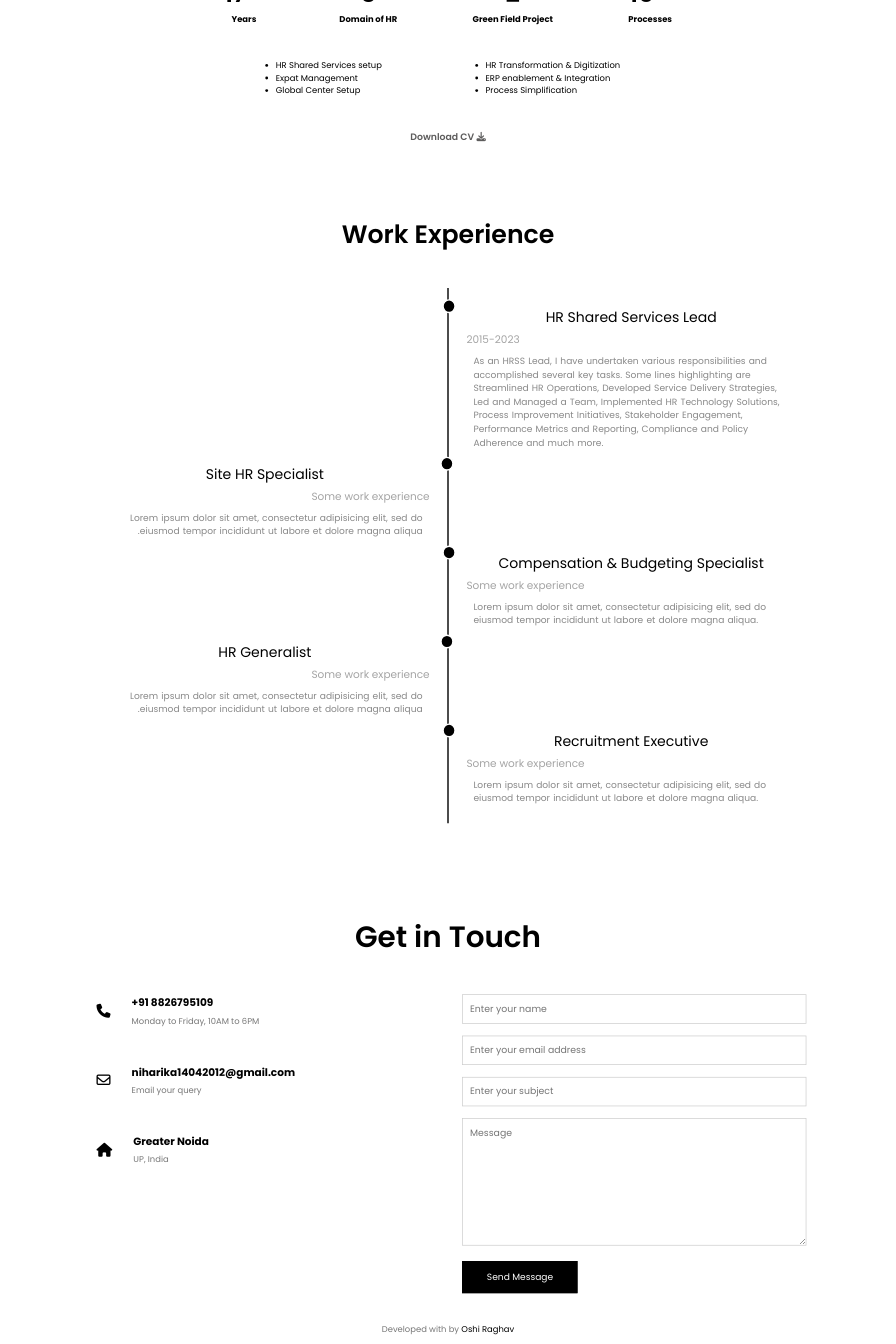
Repository: xoshiraghavx/Niharika-portfolio
Page: index.html
These files come from the project's save history. The page is drawn as it stood at one moment and after the next save; the edit follows.
The browser window is 1280 px wide. The pictures show the part of the page from y = 1098 to 3018 px (the page is 3018 px tall before and 2983 px after), at 70% of full size.
Some web libraries are served in a nearby version.

Above is the page before, as saved 2023-06-16 10:31:55.

### index.html
<!DOCTYPE html>
<html lang="en">
<head>
    <meta charset="UTF-8">
    <meta http-equiv="X-UA-Compatible" content="IE=edge">
    <meta name="viewport" content="width=device-width, initial-scale=1.0">
    <title>Niharika Singh | Portfolio</title>
    <link rel="stylesheet" href="../css/index.css">
    <link rel="preconnect" href="https://fonts.googleapis.com">
<link rel="preconnect" href="https://fonts.gstatic.com" crossorigin>
<link href="https://fonts.googleapis.com/css2?family=Poppins:wght@100;200;300;400;600;700&family=Righteous&display=swap" rel="stylesheet">
<link rel="stylesheet" href="https://stackpath.bootstrapcdn.com/font-awesome/4.7.0/css/font-awesome.min.css">
<link rel="stylesheet" href="./css/particle.css">
<link href="https://unpkg.com/aos@2.3.1/dist/aos.css" rel="stylesheet">
<link rel="icon" href="./img/image.jpg">

</head>
<body>
    <section class="header" id="head">
        <div id="particles-js">
        <nav>
            <div class="logo">
                <h2>NS</h2>
            </div>
            <div class="nav-links" id="navLinks">
                <i class="fa fa-times" onclick="hideMenu()"></i>
                <ul>
                    <li><a href="#head">HOME</a></li>
                    <li><a href="#about">ABOUT</a></li>
                    <li><a href="#work">WORK</a></li>
                    <li><a href="#contact">CONTACT</a></li>
                </ul>
            </div>
            <div class="social">
                    <div><a href="https://www.linkedin.com/in/niharika-singh-54130b13/" target="_blank"><i class="fa-brands fa-linkedin"></i></a></div>
                    <div><a href="https://www.facebook.com/people/Niharika-Singh/pfbid0zDJLjq1fehJWAvFLc7zkpJ6FsEs1uDxExLjwh94ZH389RFf4Q5YAZHgxJCLQanLsl/" target="_blank"><i class="fa-brands fa-facebook"></i></a></div>
                    <div><a href="https://www.instagram.com/niharika14042012/" target="_blank"><i class="fa-brands fa-instagram"></i></a></div>
            </div>
        </nav>

        <div id="home"data-aos="zoom-in" data-aos-duration="1000">
            <div class="img">
                <p style="color: #c5c1c1; font-weight: 600;">Hello, I'm</p>
            </div>
            <h1 class="hh1">NIHARIKA SINGH</h1>
            <div class="p1"data-aos="fade-in" data-aos-delay="1300"data-aos-duration="1000">
                <p>As an HR professional, I nurture a harmonious and productive workforce.</p>
            </div>
            <div class="container">
                <a href="#about">
                <div class="field" >
                    <div class="mouse"></div>
                </div>
            </a>
            </div>
    </div>
    </section>

<!-- ---------About----------------- -->
<section class="about-us" id="about">
    <div class="row1">
        <div class="about-col">
            <h1>About me</h1>
            <p>Lorem ipsum dolor sit amet consectetur adipisicing elit. Voluptates unde necessitatibus consectetur aut, quisquam at, dolorem, deleniti deserunt a error officia? Quas, quos. Nemo assumenda fugiat dolore ad illo soluta.Lorem ipsum dolor sit amet consectetur adipisicing elit. Voluptates unde necessitatibus consectetur aut, quisquam at, dolorem, deleniti deserunt a error officia? Quas, quos. Nemo assumenda fugiat dolore</p>
        </div>
    </div>
    <div class="bar">
        <div class="count">
            <div class="exp">
                <h1>17+</h1>
            </div>
            <div class="exp_name">
                <h4>Years</h4>
            </div>
        </div>
        <div class="count">
            <div class="exp">
                <h1>5</h1>
            </div>
            <div class="exp_name">
                <h4>Domain of HR</h4>
            </div>
        </div>
        <div class="count">
            <div class="exp">
                <h1>2</h1>
            </div>
            <div class="exp_name">
                <h4>Green Field Project </h4>
            </div>
        </div>
        <div class="count">
            <div class="exp">
                <h1>10+</h1>
            </div>
            <div class="exp_name">
                <h4>Processes </h4>
            </div>
        </div>
    </div>
    <div class="skills">
        <ul>
            <li>HR Shared Services setup</li>
            <li>Expat Management</li>
            <li>Global Center Setup</li>
        </ul>
        <ul>
            <li>HR Transformation & Digitization</li>
            <li>ERP enablement & Integration</li>
            <li>Process Simplification</li>
        </ul>
    </div>
    <div class="cv">
        <button><a href="./img/CV-Niharika Singh.pdf">Download CV </a><i class="fa fa-download"></i></button>
    </div>
</section>
<!-- ------------Timeline------------- -->
<section id="work">
    <h1>Work Experience</h1>
    <div class="timeline">
            <div class="timeline-block timeline-block-right">
               <div class="marker"></div>
               <div class="timeline-content">
                  <h3>HR Shared Services Lead </h3>
                  <span>2015-2023</span>
                  <p>As an HRSS Lead, I have undertaken various responsibilities and accomplished several key tasks. Some lines highlighting are Streamlined HR Operations, Developed Service Delivery Strategies, Led and Managed a Team, Implemented HR Technology Solutions, Process Improvement Initiatives, Stakeholder Engagement, Performance Metrics and Reporting, Compliance and Policy Adherence and much more. </p>
               </div>
            </div>
            <div class="timeline-block timeline-block-left">
               <div class="marker"></div>
               <div class="timeline-content">
                  <h3>Site HR Specialist </h3>
                  <span>Some work experience</span>
                  <p>Lorem ipsum dolor sit amet, consectetur adipisicing elit, sed do eiusmod tempor incididunt ut labore et dolore magna aliqua.</p>
               </div>
            </div>

            <div class="timeline-block timeline-block-right">
               <div class="marker"></div>
               <div class="timeline-content">
                  <h3>Compensation & Budgeting Specialist </h3>
                  <span>Some work experience</span>
                  <p>Lorem ipsum dolor sit amet, consectetur adipisicing elit, sed do eiusmod tempor incididunt ut labore et dolore magna aliqua.</p>
               </div>
            </div>

            <div class="timeline-block timeline-block-left">
               <div class="marker"></div>
               <div class="timeline-content">
                  <h3>HR Generalist</h3>
                  <span>Some work experience</span>
                  <p>Lorem ipsum dolor sit amet, consectetur adipisicing elit, sed do eiusmod tempor incididunt ut labore et dolore magna aliqua.</p>
               </div>
            </div>

            <div class="timeline-block timeline-block-right">
               <div class="marker"></div>
               <div class="timeline-content">
                  <h3>Recruitment Executive </h3>
                  <span>Some work experience</span>
                  <p>Lorem ipsum dolor sit amet, consectetur adipisicing elit, sed do eiusmod tempor incididunt ut labore et dolore magna aliqua.</p>
               </div>
            </div>
    </div>
</section>
<section class="contact-us" id="contact">
    <h1>Get in Touch
    </h1>
    <div class="row">
        <div class="contact-col">
            <div>
                 <i class="fa fa-phone"></i>
                 <span>
                     <h5><a href="tel: +918178788527">+91 8826795109</a></h5>
                     <p>Monday to Friday, 10AM to 6PM</p>
                 </span>
            </div>
            <div>
                 <i class="fa fa-envelope-o"></i>
                 <span>
                     <h5><a href="mailto: niharika14042012@gmail.com ">niharika14042012@gmail.com</a></h5>
                     <p>Email your query</p>
                 </span>
            </div>
            <div>
                <i class="fa fa-home"></i>
                <span>
                    <h5><a href="https://www.google.com/maps/place/Greater+Noida,+Uttar+Pradesh/@28.4985622,77.3511809,11z/data=!3m1!4b1!4m6!3m5!1s0x390cea64b8f89aef:0xec0ccabb5317962e!8m2!3d28.4743879!4d77.5039904!16zL20vMGN3OXEy?entry=ttu" target="_blank">Greater Noida</a></h5>
                    <p>UP, India</p>
                </span>
           </div>
        </div>
        <div class="contact-col">
            <form action="https://formcarry.com/s/P6GKrEghsf" method="POST" accept-charset="UTF-8">
                <input type="text" name="name" placeholder="Enter your name" required>
                <input type="email" name="email" placeholder="Enter your email address" required>
                <input type="text" name="subject" placeholder="Enter your subject" required>
                <textarea rows="8" name="message" placeholder="Message" required></textarea>
                <button type="submit" class="hero-btn">Send Message</button>
            </form>
        </div>
    </div>
</section>
<!-- --------footer--------- -->
<section class="footer">
    <p style="text-align: center;">Developed with by <a href="https://www.linkedin.com/in/oshiraghav/" target="_blank">Oshi Raghav</a></p>
</section>

<!-- ---------------javascript----------------->
    	<script src=
		"particles.js-master/particles.js">
	</script>
	<script src=
		"/particles.js-master/demo/js/app.js">
	</script>
     <script src="https://unpkg.com/aos@2.3.1/dist/aos.js"></script>
    <script>
     AOS.init();
    </script>
    <script src="https://kit.fontawesome.com/b6191824ce.js" crossorigin="anonymous"></script>
</body>
</html>

### css/index.css
*{
    margin: 0;
    padding: 0;
    font-family: 'poppins', sans-serif;
    scroll-behavior: smooth;
}
.header{
    min-height: 100vh;
    width: 100%;
}
h3{
    color: #000;
}
nav{
    display: flex;
    padding: 1rem 0rem;
    background: #ffffff;
    justify-content: space-around;
    align-items: center;
    position: fixed;
    width: 100%;
    backdrop-filter: blur(3px);
    z-index: 2;
}
.logo{
    background: #000;
    color: #ffffff;
    border-radius: 100%;
    padding: 5pt 6pt;
}
.nav-links ul li{
    list-style: none;
    display: inline-block;
    padding: 8px 12px;
    position: relative;
}
.nav-links ul li a{
    color: #000000;
    text-decoration: none;
    font-size: 13px;
}
.nav-links ul li::after{
    content: '';
    width: 0%;
    height: 2px;
    background: #000000;
    display: block;
    margin: auto;
    transition: 0.5s;
}
.nav-links ul li:hover::after{
    width: 100%;
}
.social{
    display: grid;
    grid-template-columns: auto auto auto auto;
    column-gap: 15px;
    font-size: 1.2rem;
    color: #000000;
}
.social a{
    color: #000;
}
.social:hover{
    cursor: pointer;
}
#home{
    position: absolute;
    text-align: center;
    width: 100%;
    margin-top: 250px;
    color: #ffffff;
}
.hh1{
    font-size: 4em;
}
#home p{
    padding-top: .5rem;
    font-size: 1rem;
    color: #c5c1c1;
}
.container {
	width: 100%;
	height: 100%;
	display: flex;
	align-items: center;
	justify-content: center;
    padding-top: 10rem;
}
.field:hover{
    cursor: pointer;
}

.field {
	display: flex;
	align-items: center;
	justify-content: space-around;
}

.mouse {
	width: 30px;
	height: 50px;
	border: 3px solid #ffffff;
	border-radius: 60px;
	position: relative;
	&::before {
		content: '';
		width: 8px;
		height: 8px;
		position: absolute;
		top: 10px;
		left: 50%;
		transform: translateX(-50%);
		background-color: #ffffff;
		border-radius: 50%;
		opacity: 1;
		animation: wheel 2s infinite;
		-webkit-animation: wheel 2s infinite;
	}
}
@keyframes wheel {
	to {
		opacity: 0;
		top: 30px;
	}
}

@-webkit-keyframes wheel {
	to {
		opacity: 0;
		top: 60px;
	}
}
nav .fa{
    display: none;
}
.hero-btn{
    display: inline-block;
    text-decoration: none;
    color: #fff;
    border: 1px solid #000000;
    padding: 12px 34px;
    font-size: 13px;
    background-color: #000;
    position: relative;
    cursor: pointer;
}
.hero-btn:hover{
    border: 1px solid #000000;
    background: #fff;
    color: #000;
    transition: 1s;
}
@media(max-width: 700px){
    .nav-links{
        display: none;
    }
}
.course{
    width: 80%;
    margin: auto;
    text-align: center;
    padding-top: 80px;
}
h1{
    font-size: 36px;
    font-weight: 600;
    text-align: center;
}
p{
    color: #777;
    font-size: 300;
    line-height: 22px;
    padding: 10px;
}
.row{
    margin-top: 5%;
    display: flex;
    justify-content: space-between;
}
.course-col{
    flex-basis: 31%;
    background: #fff3f3;
    border-radius: 10px;
    margin-bottom: 5%;
    padding: 20px 12px;
    box-sizing: border-box;
    transition: 0.5s;
}
h3{
    text-align: center;
    font-weight: 600;
    margin: 10px 0px;
}
.course-col:hover{
    box-shadow: rgba(241, 128, 128, 0.25) 0px 54px 55px, rgba(233, 177, 177, 0.12) 0px -12px 30px, rgba(238, 209, 209, 0.12) 0px 4px 6px, rgba(230, 100, 100, 0.17) 0px 12px 13px, rgba(250, 27, 27, 0.09) 0px -3px 5px;
}
@media(max-width: 700px){
    .row{
        flex-direction: column;
    }
}
/*  --------facilities--------*/
 .timeline {
    width: 80%;
    padding: 1rem 0;
    margin: 50px auto;
    position: relative;
    overflow: hidden;
 }
 .timeline:before {
    content: '';
    position: absolute;
    top: 0;
    left: 50%;
    margin-left: -1px;
    width: 2px;
    height: 100%;
    background: #000000;
    z-index: 1
 }
 .timeline-block {
    width: -webkit-calc(50% + 8px);
    width: -moz-calc(50% + 8px);
    width: calc(50% + 8px);
    display: -webkit-box;
    display: -webkit-flex;
    display: -moz-box;
    display: flex;
    -webkit-box-pack: justify;
    -webkit-justify-content: space-between;
    -moz-box-pack: justify;
    justify-content: space-between;
    clear: both;
 }
 .timeline-block-right {
    float: right;
 }
 .timeline-block-left {
    float: left;
    direction: rtl
 }
 .marker {
    width: 16px;
    height: 16px;
    border-radius: 50%;
    border: 2px solid #ffffff;
    background: #000000;
    z-index: 1
 }

 .timeline-content {
    width: 95%;
    padding: 0 15px;
    color: #666
 }

 .timeline-content h3 {
    margin-bottom: 5px;
    font-size: 20px;
    font-weight: 500
 }

 .timeline-content span {
    font-size: 15px;
    color: #a4a4a4;
 }

 .timeline-content p {
    font-size: 13px;
    line-height: 1.5em;
    word-spacing: 1px;
    color: #888;
 }


 @media screen and (max-width: 768px) {
    /* .container:before {
       left: 8px;
       width: 2px;
    }
    .timeline-block {
       width: 100%;
       margin-bottom: 30px;
    }
    .timeline-block-right {
       float: none;
    }

    .timeline-block-left {
       float: none;
       direction: ltr;
    } */
 }

/* -------about us page------- */
.about-us{
    width: 50%;
    margin: auto;
    padding-top: 100px;
    padding-bottom: 100px;
}
.about-col{
    flex-basis: 48%;
    text-align: center;
    padding: 10px 2px;
}
.about-col p{
    padding: 15px 0 25px;
}
.about-col h1{
    font-size: 4em;
}
.bar{
    display: flex;
    justify-content: space-between;
    text-align: center;
}
.count{
    display: grid;
    /* flex-direction: column;
    justify-content: center; */
}
.skills{
    display: flex;
    justify-content: space-around;
    padding-top: 3rem;
}
.cv{
    display: flex;
    justify-content: center;
    padding-top: 3rem;
}
.cv button{
    background-color: transparent;
    border: none;
}
.cv button a{
    text-decoration: none;
    color: #5d5c5c;
    font-weight: 600;
}
.cv .fa{
    color: #5d5c5c;
}
.cv :hover{
    color: #000000;
    cursor: pointer;
}
@media(max-width: 700px){
    .about-us{
        width: 90%;
        margin-top: -15%;
    }
    .about-col h1{
        font-size: 3em;
    }
    .bar{
        display: grid;
        grid-template-columns: 1fr 1fr;
    }
    .skills{
        display: grid;
        padding-left: 10%;
    }
    .cv button{
        font-size: 1rem;
        margin-top: -5%;
    }
}
/* ----contact us----- */
.location{
    width: 80%;
    margin: auto;
    padding: 80px 0;
}
.location iframe{
    width: 100%;
}
.contact-us{
    width: 80%;
    margin: auto;
    padding-top: 80px;
}
.contact-us h1{
    font-size: 3.5em;
}
.contact-col{
    flex-basis: 48%;
    margin-bottom: 30px;
}
.contact-col div{
    display: flex;
    align-items: center;
    margin-bottom: 50px;
}
.contact-col div .fa{
    font-size: 20px;
    color: #000000;
    margin: 10px;
    margin-right: 30px;
}
.contact-col a{
    text-decoration: none;
    color: #000;
}
.contact-col div p{
    padding: 0;
}
.contact-col div h5{
    font-size: 15px;
    margin-bottom: 4px;
    color: #000000;
    font-weight: bold;
}
.contact-col input, .contact-col textarea{
    width: 100%;
    padding: 10px;
    margin-bottom: 17px;
    outline: none;
    border: 1px solid #ccc;
    box-sizing:border-box ;
}

.footer a{
    text-decoration: none;
    color: #000000;
}
@media(max-width: 700px){
    .contact-col div{
        margin-bottom: 20px;
    }
    .contact-col{
        margin-bottom: 10px;
    }
}

### css/particle.css
/* ---- reset ---- */

body {
    margin: 0;
    font:normal 75% Arial, Helvetica, sans-serif;
  }

  canvas {
    display: block;
    vertical-align: bottom;
  }

  /* ---- particles.js container ---- */

  #particles-js {
    position: absolute;
    width: 100%;
    height: 100vh;
    background-color: #000000;
  }

  /* ---- stats.js ---- */

  .count-particles{
    background: #ff0000;
    position: absolute;
    top: 48px;
    left: 0;
    width: 80px;
    color: #13E8E9;
    font-size: .8em;
    text-align: left;
    text-indent: 4px;
    line-height: 14px;
    padding-bottom: 2px;
    font-family: Helvetica, Arial, sans-serif;
    font-weight: bold;
  }

  .js-count-particles{
    font-size: 1.1em;
  }

  #stats,
  .count-particles{
    -webkit-user-select: none;
  }

  #stats{
    border-radius: 3px 3px 0 0;
    overflow: hidden;
  }

  .count-particles{
    border-radius: 0 0 3px 3px;
  }

### particles.js-master/demo/js/app.js
/* -----------------------------------------------
/* How to use? : Check the GitHub README
/* ----------------------------------------------- */

/* To load a config file (particles.json) you need to host this demo (MAMP/WAMP/local)... */
/*
particlesJS.load('particles-js', 'particles.json', function() {
  console.log('particles.js loaded - callback');
});
*/

/* Otherwise just put the config content (json): */

particlesJS('particles-js',

  {
    "particles": {
      "number": {
        "value": 80,
        "density": {
          "enable": true,
          "value_area": 800
        }
      },
      "color": {
        "value": "#ffffff"
      },
      "shape": {
        "type": "circle",
        "stroke": {
          "width": 0,
          "color": "#000000"
        },
        "polygon": {
          "nb_sides": 5
        },
        "image": {
          "src": "img/github.svg",
          "width": 100,
          "height": 100
        }
      },
      "opacity": {
        "value": 0.5,
        "random": false,
        "anim": {
          "enable": false,
          "speed": 1,
          "opacity_min": 0.1,
          "sync": false
        }
      },
      "size": {
        "value": 5,
        "random": true,
        "anim": {
          "enable": false,
          "speed": 40,
          "size_min": 0.1,
          "sync": false
        }
      },
      "line_linked": {
        "enable": true,
        "distance": 150,
        "color": "#ffffff",
        "opacity": 0.4,
        "width": 1
      },
      "move": {
        "enable": true,
        "speed": 6,
        "direction": "none",
        "random": false,
        "straight": false,
        "out_mode": "out",
        "attract": {
          "enable": false,
          "rotateX": 600,
          "rotateY": 1200
        }
      }
    },
    "interactivity": {
      "detect_on": "canvas",
      "events": {
        "onhover": {
          "enable": true,
          "mode": "repulse"
        },
        "onclick": {
          "enable": true,
          "mode": "push"
        },
        "resize": true
      },
      "modes": {
        "grab": {
          "distance": 400,
          "line_linked": {
            "opacity": 1
          }
        },
        "bubble": {
          "distance": 400,
          "size": 40,
          "duration": 2,
          "opacity": 8,
          "speed": 3
        },
        "repulse": {
          "distance": 200
        },
        "push": {
          "particles_nb": 4
        },
        "remove": {
          "particles_nb": 2
        }
      }
    },
    "retina_detect": true,
    "config_demo": {
      "hide_card": false,
      "background_color": "#b61924",
      "background_image": "",
      "background_position": "50% 50%",
      "background_repeat": "no-repeat",
      "background_size": "cover"
    }
  }

);

Loaded but not shown: particles.js-master/particles.js (common file)

After the next save:
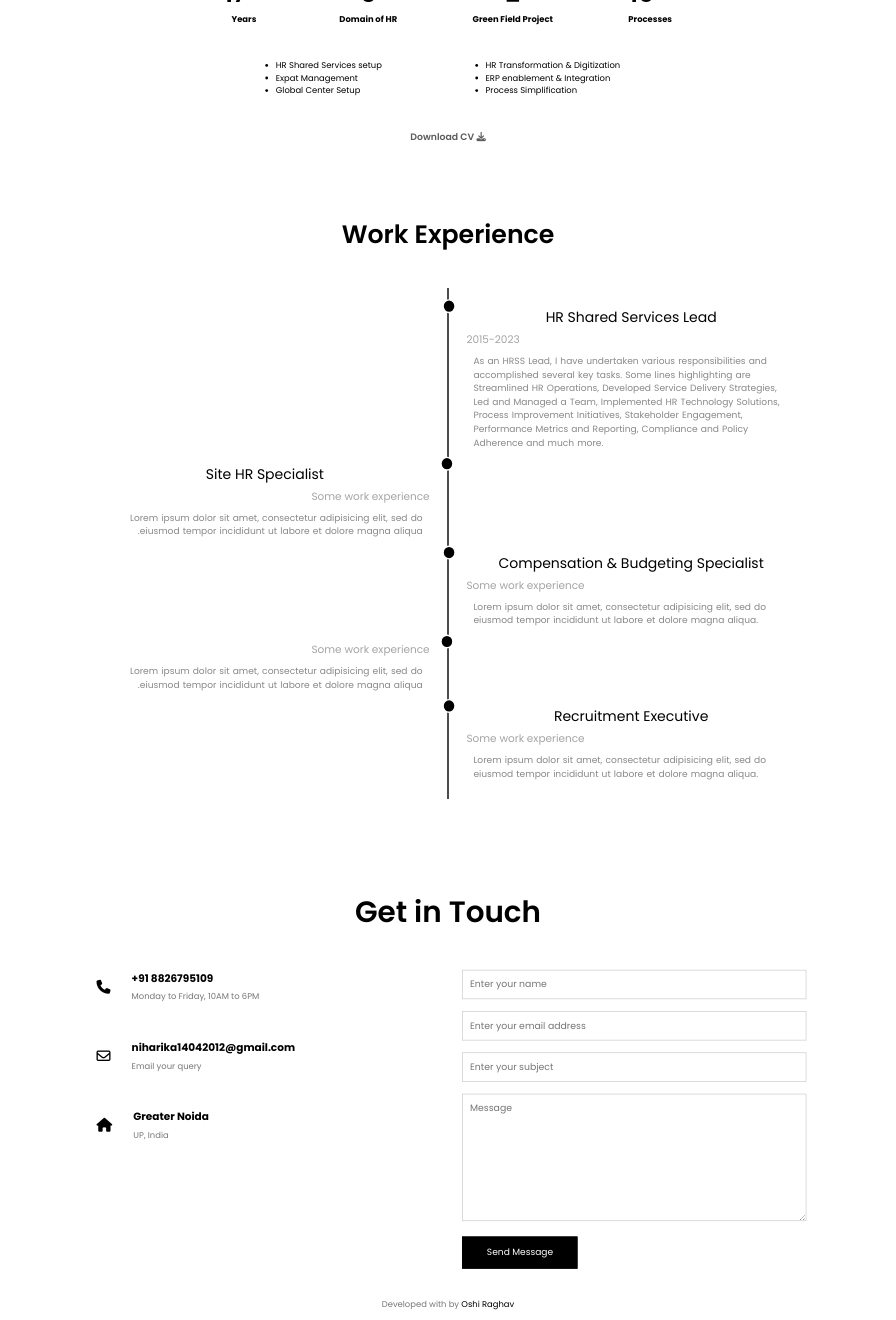
Saved 86 s later.
--- a/index.html
+++ b/index.html
@@ -147,7 +147,7 @@
             <div class="timeline-block timeline-block-left">
                <div class="marker"></div>
                <div class="timeline-content">
-                  <h3>HR Generalist</h3>
+                  <h3></h3>
                   <span>Some work experience</span>
                   <p>Lorem ipsum dolor sit amet, consectetur adipisicing elit, sed do eiusmod tempor incididunt ut labore et dolore magna aliqua.</p>
                </div>
